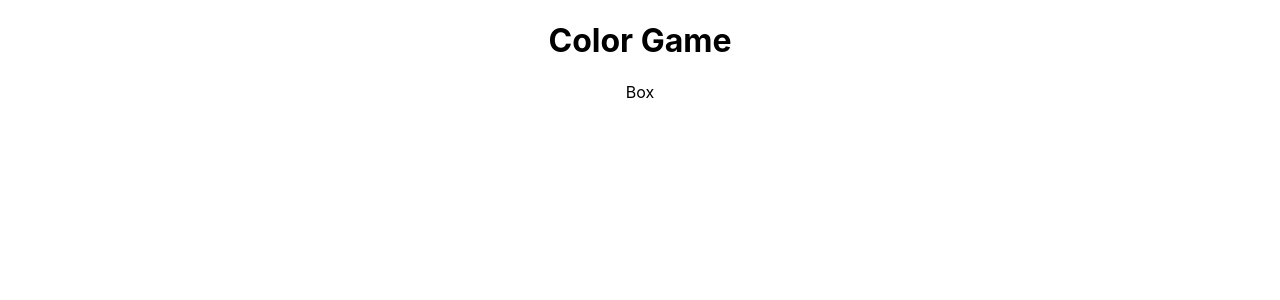
Repository: johnmutina/shades_of_blue
Page: /
These files come from the project's save history. The page is drawn as it stood at one moment and after a run of saves; the edit follows.
The browser window is 1280 px wide. The pictures show the whole page.
The project was rebuilt for these pictures with package versions that can differ from the ones it lists, and the page was loaded fresh each time.

Above is the page before, as saved 2019-06-22 14:18:59.

### src/App.js
import React from 'react';
import ColorBoxes from './ColorBoxes';
import './App.css';

function App() {
  return (
    <div className="App">
      <ColorBoxes />
    </div>
  );
}

export default App;

### src/ColorBoxes.js
import React, { Component } from 'react';
import ColorBox from './ColorBox';

class ColorBoxes extends Component {
    constructor(props){
        super(props);
        this.state = {

        }
    }
    render(){
        let colorArr = ['#FF6633', '#FFB399', '#FF33FF', '#FFFF99', '#00B3E6', '#E6B333', '#3366E6', '#999966', '#99FF99', '#B34D4D', '#80B300', '#809900', '#E6B3B3', '#6680B3', '#66991A', '#FF99E6', '#CCFF1A', '#FF1A66', '#E6331A', '#33FFCC', '#66994D', '#B366CC', '#4D8000', '#B33300', '#CC80CC', '#66664D', '#991AFF', '#E666FF', '#4DB3FF', '#1AB399', '#E666B3', '#33991A', '#CC9999', '#B3B31A', '#00E680', '#4D8066', '#809980', '#E6FF80', '#1AFF33', '#999933', '#FF3380', '#CCCC00', '#66E64D', '#4D80CC', '#9900B3', '#E64D66', '#4DB380', '#FF4D4D', '#99E6E6', '#6666FF'];

        return (
            <div>
                <h1>Color Game</h1>
                <ColorBox />
            </div>
        )
    }
}

export default ColorBoxes;

### src/ColorBox.js
import React, { Component } from 'react';

class ColorBox extends Component {
    render(){
        return (
            <div>Box</div>
        )
    }
}

export default ColorBox;

Loaded but not shown: public/index.html (common file); src/index.js (common file); src/index.css (common file); src/serviceWorker.js (common file); src/App.css (common file)

After the next 3 saves:
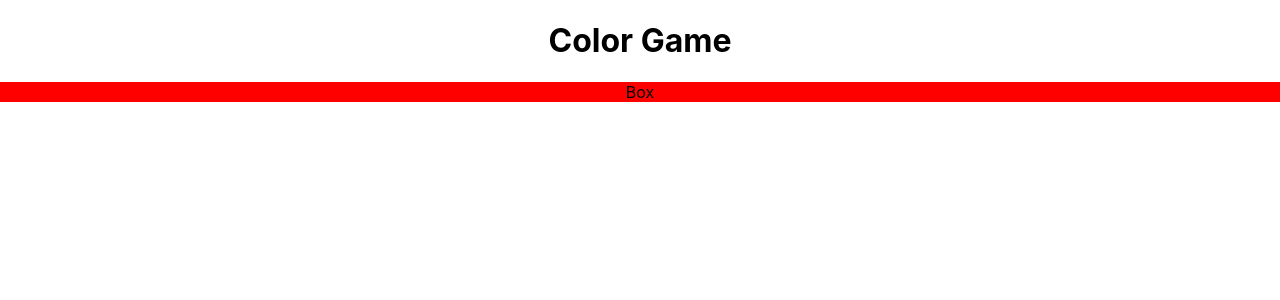
The 3 saves are shown as one change because 2 did not build or start.
The last was saved 112 s later.
--- a/src/ColorBox.js
+++ b/src/ColorBox.js
@@ -3,7 +3,7 @@
 class ColorBox extends Component {
     render(){
         return (
-            <div>Box</div>
+            <div style={{backgroundColor: 'red'}}>Box</div>
         )
     }
 }

After the save that followed:
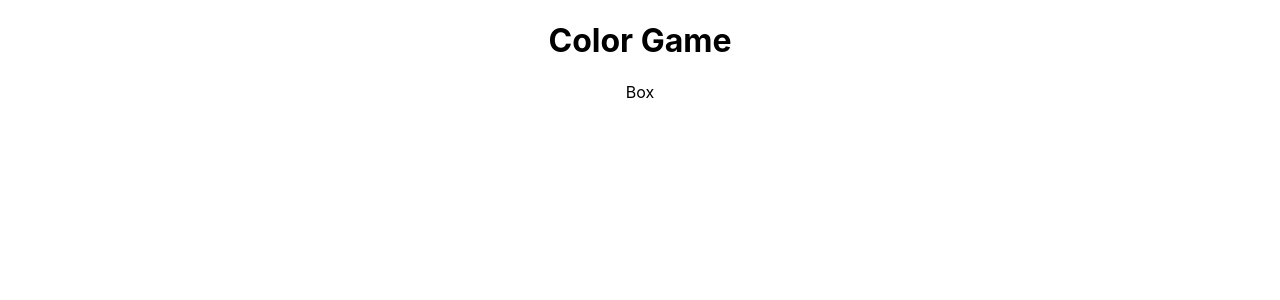
Saved 45 s later.
--- a/src/ColorBox.js
+++ b/src/ColorBox.js
@@ -3,7 +3,7 @@
 class ColorBox extends Component {
     render(){
         return (
-            <div style={{backgroundColor: 'red'}}>Box</div>
+            <div style={{backgroundColor: this.props.color}}>Box</div>
         )
     }
 }
